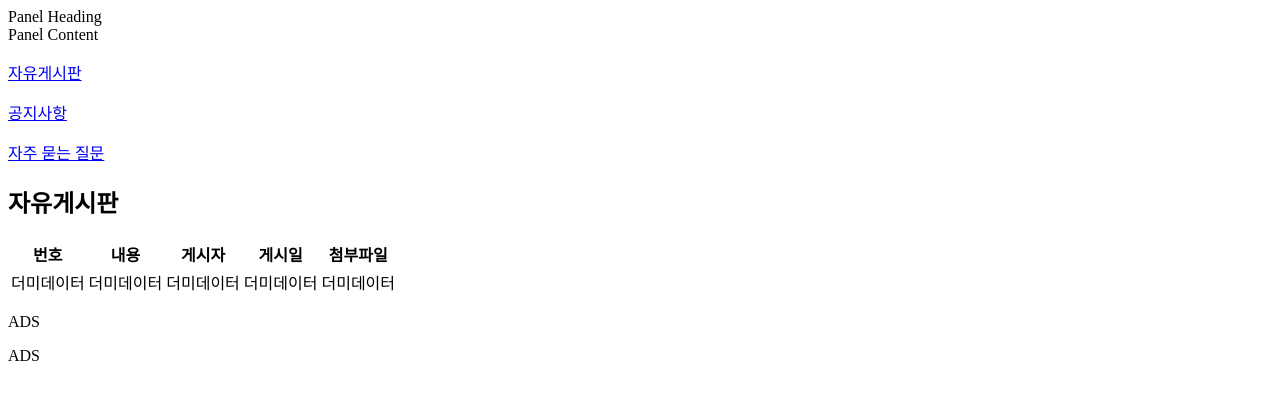
Repository: letzbegin/Study
Page: http://localhost/portfolio/WEB-INF/views/board/board.jsp
An editor plug-in stored every save of this project. The page is shown before and after the next save, followed by the edit.
The browser window is 1280 px wide. The pictures show the whole page.
The page is served by Tomcat 9. Nobody is signed in. Other server files are loaded and not shown. The template is opened directly, without the code that normally fills it, so the values that code supplies are empty.

Above is the page before, as saved 2018-10-12 06:13:33.

### pol/portfolio/src/main/webapp/WEB-INF/views/board/board.jsp
<%@ page language="java" contentType="text/html; charset=UTF-8"
	pageEncoding="UTF-8"%>
<!DOCTYPE html PUBLIC "-//W3C//DTD HTML 4.01 Transitional//EN" "http://www.w3.org/TR/html4/loose.dtd">
<html>
<head>
<meta http-equiv="Content-Type" content="text/html; charset=UTF-8">
<title>Insert title here</title>
</head>
<body>
	<div class="container-fluid text-center">
		<div class="row content">
			<div class="col-sm-3 sidenav">
				<div class="panel panel-default">
					<div class="panel-heading">Panel Heading</div>
					<div class="panel-body">Panel Content</div>
				</div>
				<p>
					<a href="#">자유게시판</a>
				</p>
				<p>
					<a href="notice">공지사항</a>
				</p>
				<p>
					<a href="qna">자주 묻는 질문</a>
				</p>
			</div>
			<div class="col-sm-6 text-left">
				<h2>자유게시판</h2>
				<table class="table">
					<tr>
						<th>번호</th>
						<th>내용</th>
						<th>게시자</th>
						<th>게시일</th>
						<th>첨부파일</th>
					</tr>
					<tr>
						<td>더미데이터</td>
						<td>더미데이터</td>
						<td>더미데이터</td>
						<td>더미데이터</td>
						<td>더미데이터</td>
					</tr>

				</table>
			</div>
			<div class="col-sm-3 sidenav">
				<div class="well">
					<p>ADS</p>
				</div>
				<div class="well">
					<p>ADS</p>
				</div>
			</div>
		</div>
	</div>
</body>
</html>

After the next save:
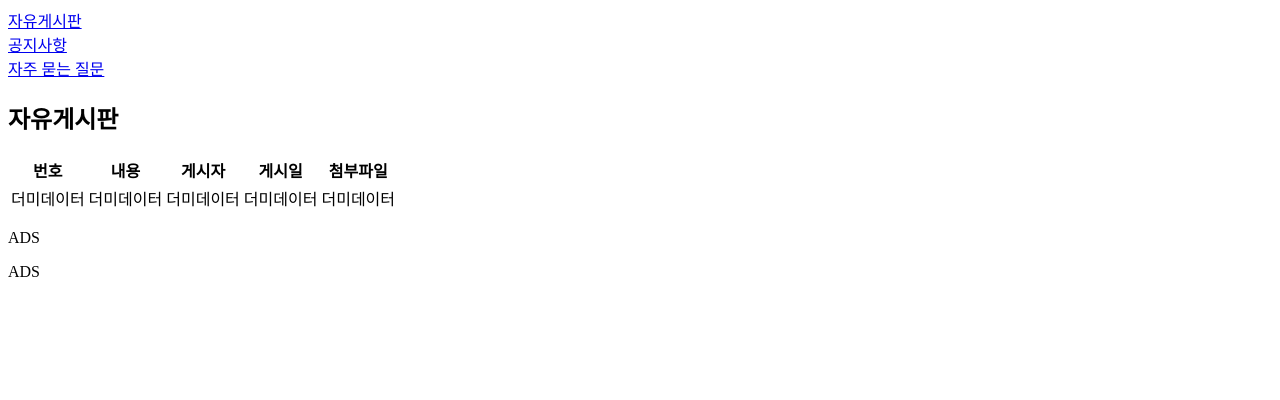
Saved 53 s later.
--- a/pol/portfolio/src/main/webapp/WEB-INF/views/board/board.jsp
+++ b/pol/portfolio/src/main/webapp/WEB-INF/views/board/board.jsp
@@ -11,17 +11,18 @@
 		<div class="row content">
 			<div class="col-sm-3 sidenav">
 				<div class="panel panel-default">
-					<div class="panel-heading">Panel Heading</div>
-					<div class="panel-body">Panel Content</div>
+					<div class="panel-heading"><a href="#">자유게시판</a></div>
+					<div class="panel-body"><a href="notice">공지사항</a></div>
+					<div class="panel-body"><a href="qna">자주 묻는 질문</a></div>
 				</div>
 				<p>
-					<a href="#">자유게시판</a>
+
 				</p>
 				<p>
-					<a href="notice">공지사항</a>
+
 				</p>
 				<p>
-					<a href="qna">자주 묻는 질문</a>
+
 				</p>
 			</div>
 			<div class="col-sm-6 text-left">
